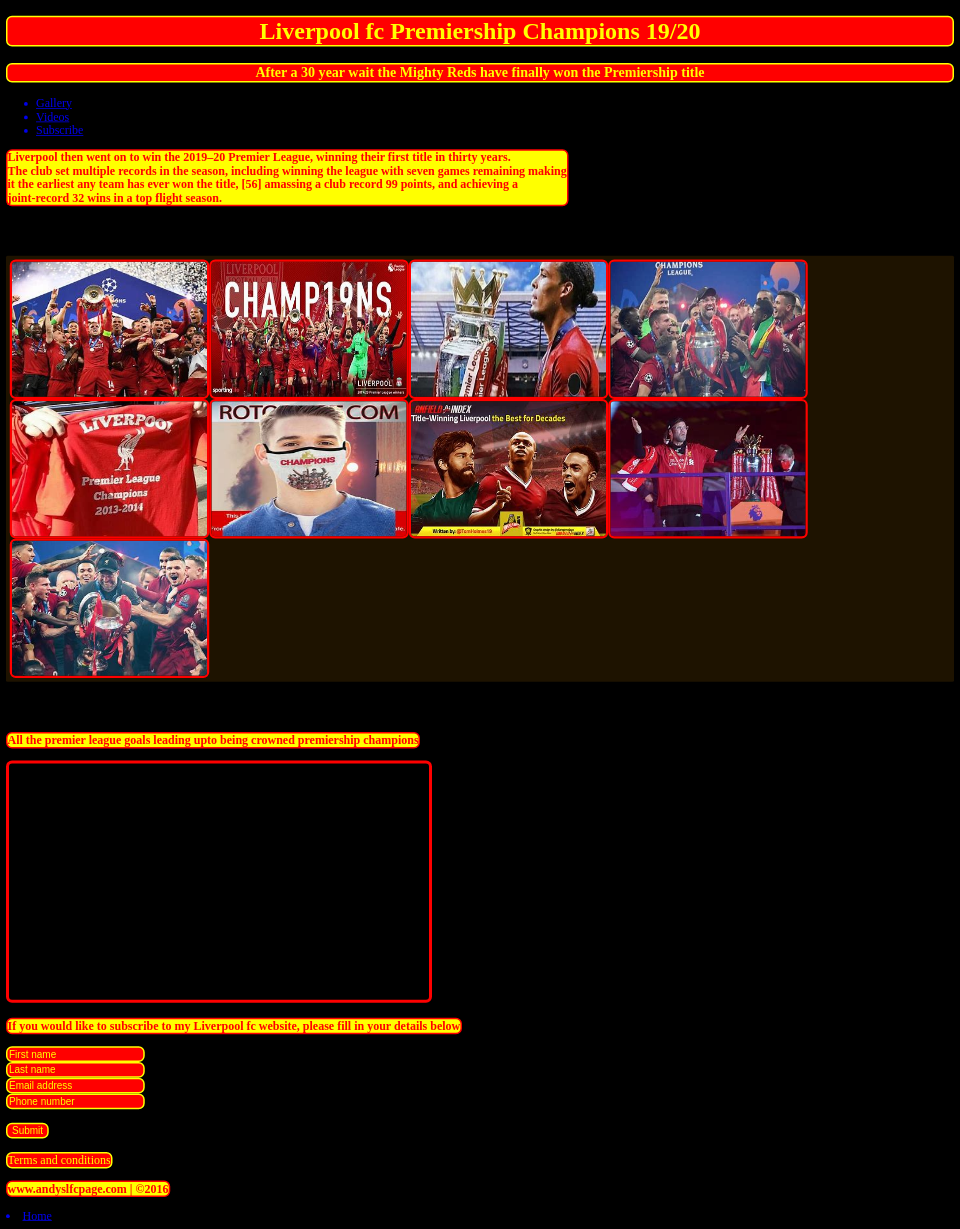
Repository: andyd71/HTML_and_CSS
Page: one_page_website/One_Page_Website.html
An editor plug-in stored every save of this project. The page is shown before and after the next save, followed by the edit.
The browser window is 1280 px wide. The pictures show the whole page, at 75% of full size.
Pictures or frames that could not be fetched are drawn as grey boxes.

Above is the page before, as saved 2020-10-09 13:50:16.

### one_page_website/One_Page_Website.html
<!DOCTYPE html>
<html lang="en">
<head>
<meta charset="utf-8">
<title>My LFC webpage</title>
<link rel = "stylesheet" type = "text/CSS" href = "./css/One_Page_Website.css">
</head>
<body>
<div id="home">
<header>
<h1>Liverpool fc Premiership Champions 19/20 </h1>
<h3>After a 30 year wait the Mighty Reds have finally won the Premiership title</h3>
</header>
<!--NAV-->

</div>
<div>
<ul>
<a href="#gallery"><li>Gallery</li>
<a href="#videos"><li>Videos</li>
<a href="#subscription"><li>Subscribe</li></a>
</ul>
</div>
<!--END NAV-->
<!--HOME-->
<div id="home">
<p>Liverpool then went on to win the 2019–20 Premier League, winning their first title in thirty years.<br>
 The club set multiple records in the season, including winning the league with seven games remaining making<br>
 it the earliest any team has ever won the title, [56] amassing a club record 99 points, and achieving a <br>
 joint-record 32 wins in a top flight season.</p>
 </div>
 <!--END HOME-->
 <!--GALLERY-->
 <h2>Gallery</h2>
 <div id="gallery">
    <div id="flex-container">

 <img src="./images/lfc1.jpeg" alt="lfc celebrations"></img><br>
 <img src="./images/lfc2.jpeg" alt="lfc celebrations2"></img><br>
 <img src="./images/lfc3.jpeg" alt="van dyk and trophy"></img><br>
 <img src="./images/lfc4.jpeg" alt="jurgen klopp"></img><br>
 <img src="./images/lfc5.jpeg" alt="lfc t shirt"></img><br>
 <img src="./images/lfc6.jpeg" alt="lfc face mask"></img><br>
 <img src="./images/lfc7.jpeg" alt="lfc trio"></img><br>
 <img src="./images/lfc8.jpeg" alt="jurgen klopp 2"></img><br>
 <img src="./images/lfc9.jpeg" alt="jurgen klopp 3"></img><br>
</div>
</div>
 <!--END GALLERY-->
 <!--VIDEO-->
 <div id="videos">
 <h2>Videos</h2>
 <p>All the premier league goals leading upto being crowned premiership champions</p>
 <iframe width="560" height="315" src="https://www.bing.com/videos/search?q=lfc+premier+league+champions&&view=detail&mid=1A960A4E3B330AA705841A960A4E3B330AA70584&&FORM=VRDGAR&ru=%2Fvideos%2Fsearch%3Fq%3Dlfc%2Bpremier%2Bleague%2Bchampions%26qs%3DAS%26form%3DQBVLPG%26sp%3D1%26pq%3Dlfc%2Bpremier%26sc%3D8-11%26cvid%3DD1CF79B54EFC4960A0E7F0BA9E0FD3FC" frameborder="0" allow="accelerometer; encrypted-media; gyroscope; picture-in-picture" allowfullscreen></iframe>
 </div>
<!--END VIDEO-->
<!--SUBSCRIPTION-->
<div id="subscription">
<p>If you would like to subscribe to my Liverpool fc website, please fill in your details below</p>

<form action="" method="post">
<input class="subscription" type="text" value="First name"><br>
<input class="subscription" type="text" value="Last name"><br>
<input class="subscription" type="text" value="Email address"><br>
<input class="subscription" type="text" value="Phone number"><br><br>
<input type="submit" value="Submit"><br><br>
<div id= "terms">
<label class="terms">Terms and conditions</label><br>
</div>
</form>
</div>
<!--END SUBSCRIPTION-->

<!--FOOTER-->
<footer>
<div>
<p>www.andyslfcpage.com&nbsp;|&nbsp;&copy;2016</p>


</div>
<a href="#home" id="link"><li>Home</li>
</footer>
<!--END FOOTER-->

### one_page_website/css/One_page_website.css

body {
	background-color: black;
}



h1 {

	color : yellow;
	text-align : center;
	font-weight : bold;
	background : red;
	border: 2px solid yellow;
	border-radius: 8px;
}
h3 {
	color : yellow;
	text-align : center;
	background : red;
	border: 2px solid yellow;
	border-radius: 8px;
}
}
h2 {
	color : yellow;
	background : red;
	border-radius: 8px;
}




p  {
	color : red;
	background: yellow;
	border: 2px solid red;
	border-radius: 8px;
	font-size: 16px;
	font-weight: 900;
	width: fit-content;
}

 input {
	border: 2px solid yellow;
	background-color: red;
	color: yellow;
	border-radius: 8px;
}

#terms {
	border: 2px solid yellow;
	background-color: red;
	color: yellow;
	border-radius: 8px;
	width: fit-content;
}

iframe {
	border: 4px solid red;
	border-radius: 8px;
}





#flex-container {
	display: -webkit-flex;
    display: flex;
    flex-wrap: wrap;
    padding: 5px;
    border-radius: 2px;
	margin: 0px auto;
	background-color: rgba(100, 65, 0, .3);
    box-shadow: 2px 2px 10px 0 rgba(0, 0, 0, 0.5);
}

#flex-container img {
	border: 3px solid red;
	width: 260px;
	height: 180px;
	border-radius: 8px;
}

After the next save:
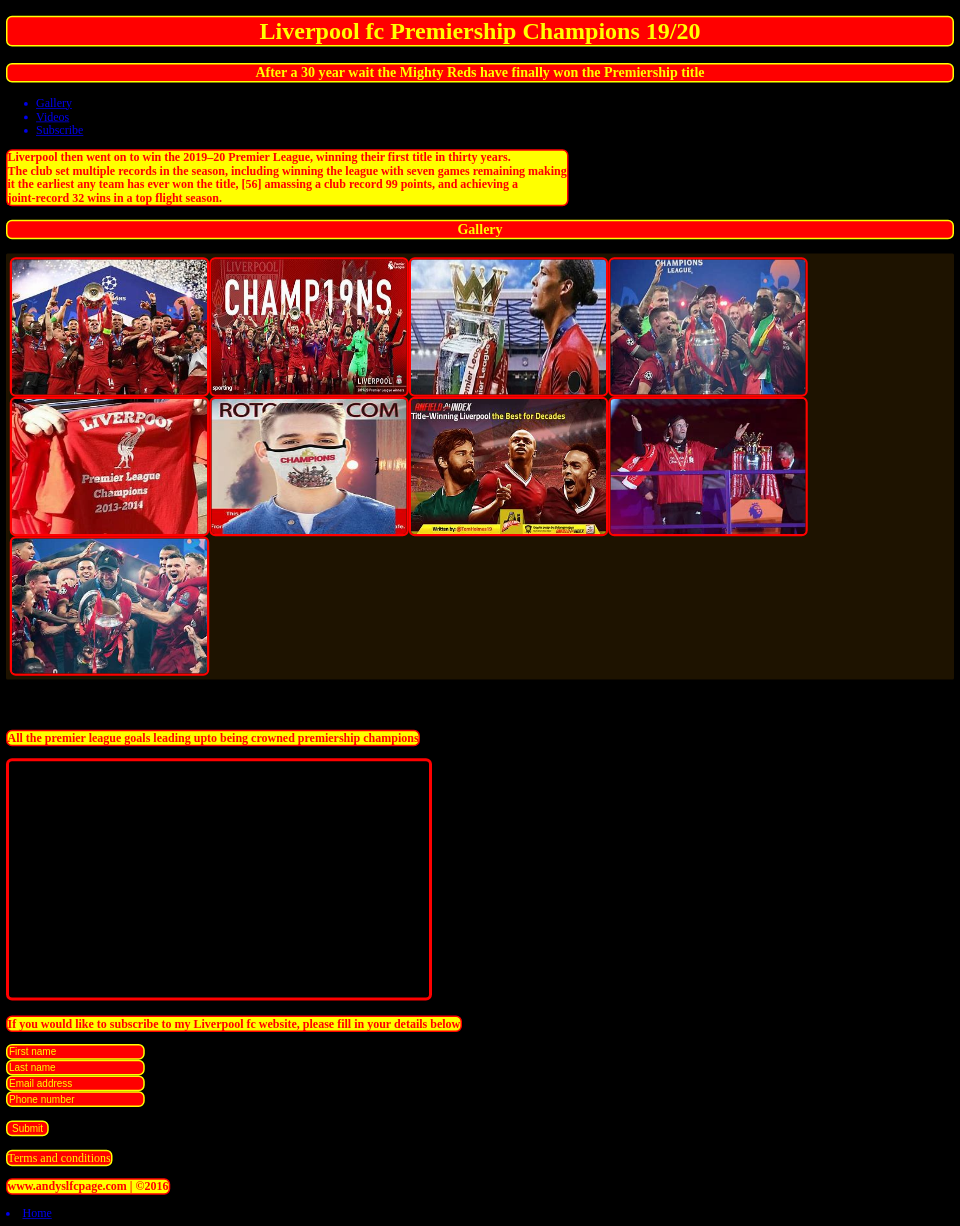
Saved 65 s later.
--- a/one_page_website/One_Page_Website.html
+++ b/one_page_website/One_Page_Website.html
@@ -31,7 +31,7 @@
  </div>
  <!--END HOME-->
  <!--GALLERY-->
- <h2>Gallery</h2>
+ <h3>Gallery</h3>
  <div id="gallery">
     <div id="flex-container">
 
